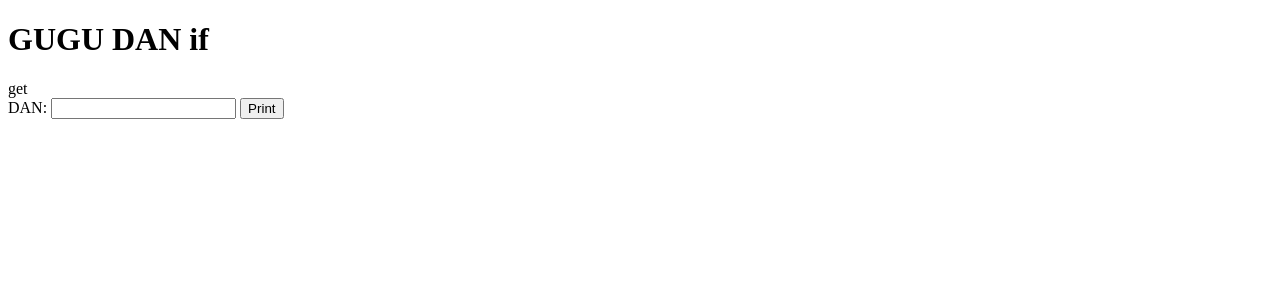
Repository: Hoa7604/kist_Java
Page: project-booking-tour/Example/WebContent/gugu.html
An editor plug-in stored every save of this project. The page is shown before and after the next save, followed by the edit.
The browser window is 1280 px wide. The pictures show the whole page.

Above is the page before, as saved 2020-08-11 11:17:03.

### project-booking-tour/Example/WebContent/gugu.html
<!DOCTYPE html>
<html>
<head>
<meta charset="UTF-8">
<title>Insert title here</title>
</head>
<body>
 <div>
 	<h1>GUGU DAN if</h1>
 	<ul></ul>
		get<br>
		<form method="get" action="login2">
			DAN: <input type="text" name = "dan" value="">
			<input type="submit" value = "Print">
		</form>
	</div>
</body>
</html>

After the next save:
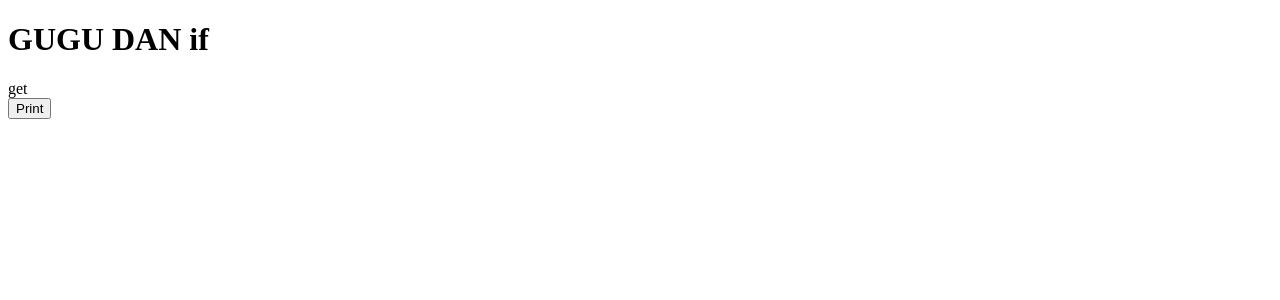
Saved 2 min 45 s later.
--- a/project-booking-tour/Example/WebContent/gugu.html
+++ b/project-booking-tour/Example/WebContent/gugu.html
@@ -10,7 +10,7 @@
  	<ul></ul>
 		get<br>
 		<form method="get" action="login2">
-			DAN: <input type="text" name = "dan" value="">
+			<!-- DAN: <input type="text" name = "dan" value=""> -->
 			<input type="submit" value = "Print">
 		</form>
 	</div>
